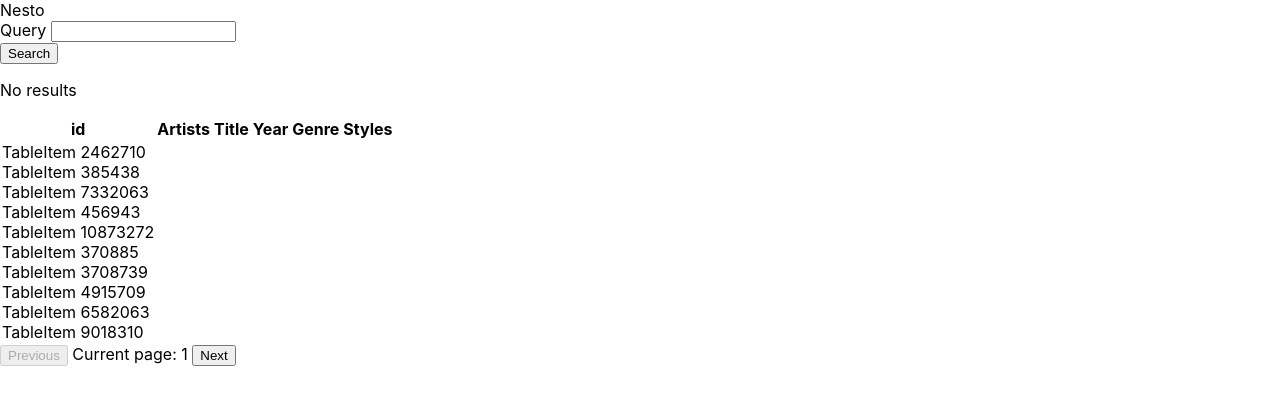
Repository: ivan-baljkas/pristupni_zadatak
Page: / (app in frontend/react-akademija-master/)
These files come from the project's save history. The page is drawn as it stood at one moment and after the next save; the edit follows.
The browser window is 1280 px wide. The pictures show the whole page.
The project was rebuilt for these pictures with package versions that can differ from the ones it lists, and the page was loaded fresh each time.

Above is the page before, as saved 2021-07-21 13:15:43.

After the next save:
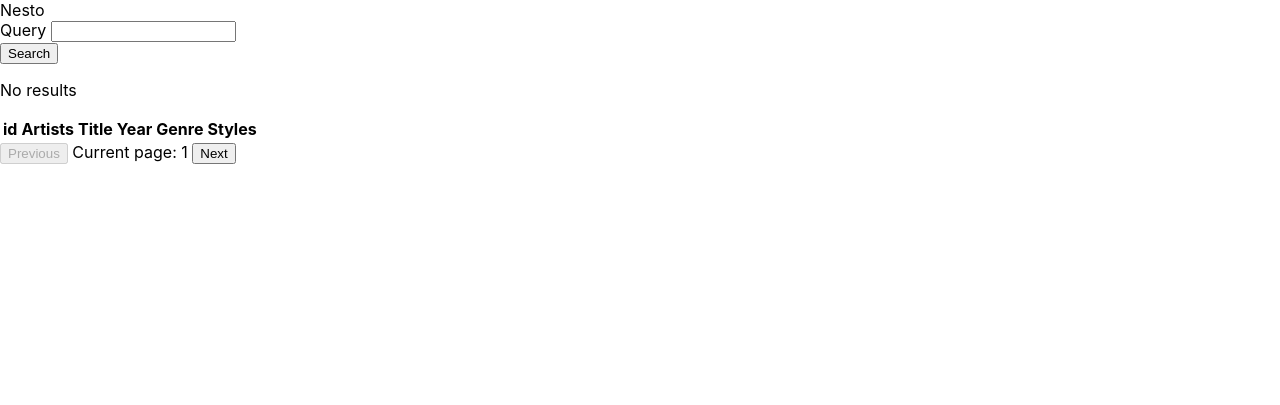
Saved 56 s later.
--- a/frontend/react-akademija-master/src/components/CollectionTable.jsx
+++ b/frontend/react-akademija-master/src/components/CollectionTable.jsx
@@ -13,9 +13,7 @@ export const CollectionTable = (props) =>{
                     <th>Genre</th>
                     <th>Styles</th>
                 </tr>
-                {props.data.releases.map(release=>(
-          <TableItem id={release.id}/>
-        ))}
+
             </table>
         </div>
     );
